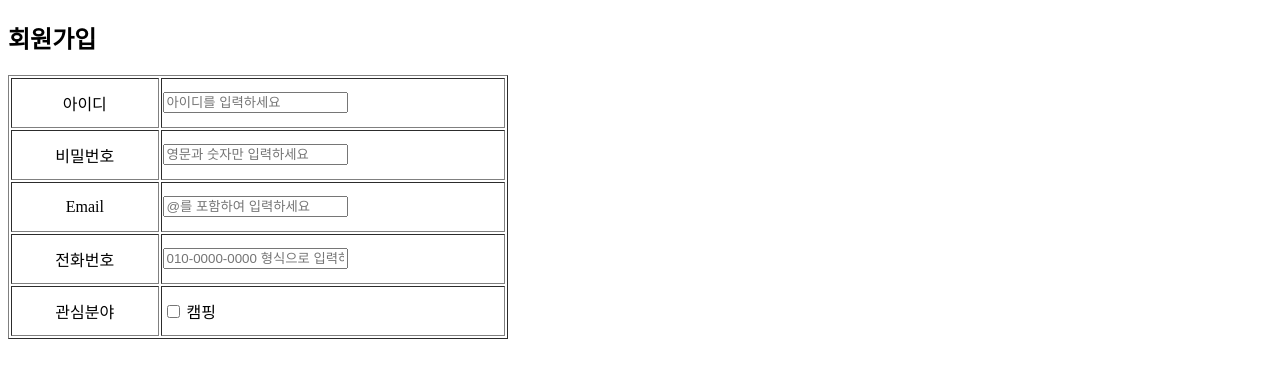
Repository: hyeongu135-ui/Jsp2026
Page: http://localhost/chapter01/Request/Requestjoin.jsp
An editor plug-in stored every save of this project. The page is shown before and after the next save, followed by the edit.
The browser window is 1280 px wide. The pictures show the whole page.
The page is served by Tomcat 9.

Above is the page before, as saved 2026-10-19 06:40:34.

### chapter01/src/main/webapp/Request/Requestjoin.jsp
<%@ page language="java" contentType="text/html; charset=UTF-8"
    pageEncoding="UTF-8" import="java.util.*"%>
<!DOCTYPE html>
<html>
<head>
<meta charset="UTF-8">
<title>Insert title here</title>
</head>
<body>
	<div class="container">
	<h2> 회원가입 </h2>

	<form action="RequestJoinProc.jsp" method="post">
		<table width="500" border="1">
			<tr height="50">
				<td align="center" width="150">아이디</td>
				<td width="350">
					<input type="text" name ="id" placeholder="아이디를 입력하세요">
				</td>
			</tr>
			<tr height="50">
				<td align="center" width="150">비밀번호</td>
				<td width="350">
					<input type="password" name ="passchk" placeholder="영문과 숫자만 입력하세요">
				</td>
			</tr>
			<tr height="50">
				<td align="center" width="150">Email</td>
				<td width="350">
					<input type="email" name ="email" placeholder="@를 포함하여 입력하세요">
				</td>
			</tr>
			<tr height="50">
				<td align="center" width="150">전화번호</td>
				<td width="350">
					<input type="tel" name ="tel" placeholder="010-0000-0000 형식으로 입력하세요">
				</td>
			</tr>
			<tr height="50">
				<td align="center" width="150">관심분야</td>
				<td width="350">
					<input type="checkbox" name ="hobby" value="캠핑" id = "camping">
					<label for="camping">캠핑</label>&nbsp;&nbsp;
				</td>
			</tr>
		</table>
	</form>
	</div>
</body>
</html>

After the next save:
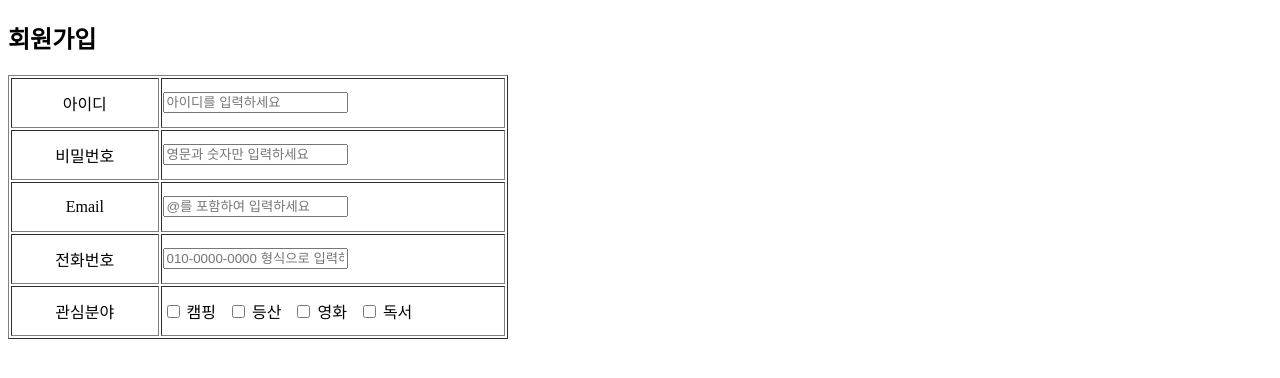
Saved 88 s later.
--- a/chapter01/src/main/webapp/Request/Requestjoin.jsp
+++ b/chapter01/src/main/webapp/Request/Requestjoin.jsp
@@ -41,6 +41,12 @@
 				<td width="350">
 					<input type="checkbox" name ="hobby" value="캠핑" id = "camping">
 					<label for="camping">캠핑</label>&nbsp;&nbsp;
+					<input type="checkbox" name ="hobby" value="등산" id = "mount">
+					<label for="camping">등산</label>&nbsp;&nbsp;
+					<input type="checkbox" name ="hobby" value="영화" id = "movie">
+					<label for="camping">영화</label>&nbsp;&nbsp;
+					<input type="checkbox" name ="hobby" value="독서" id = "book">
+					<label for="camping">독서</label>&nbsp;&nbsp;
 				</td>
 			</tr>
 		</table>
